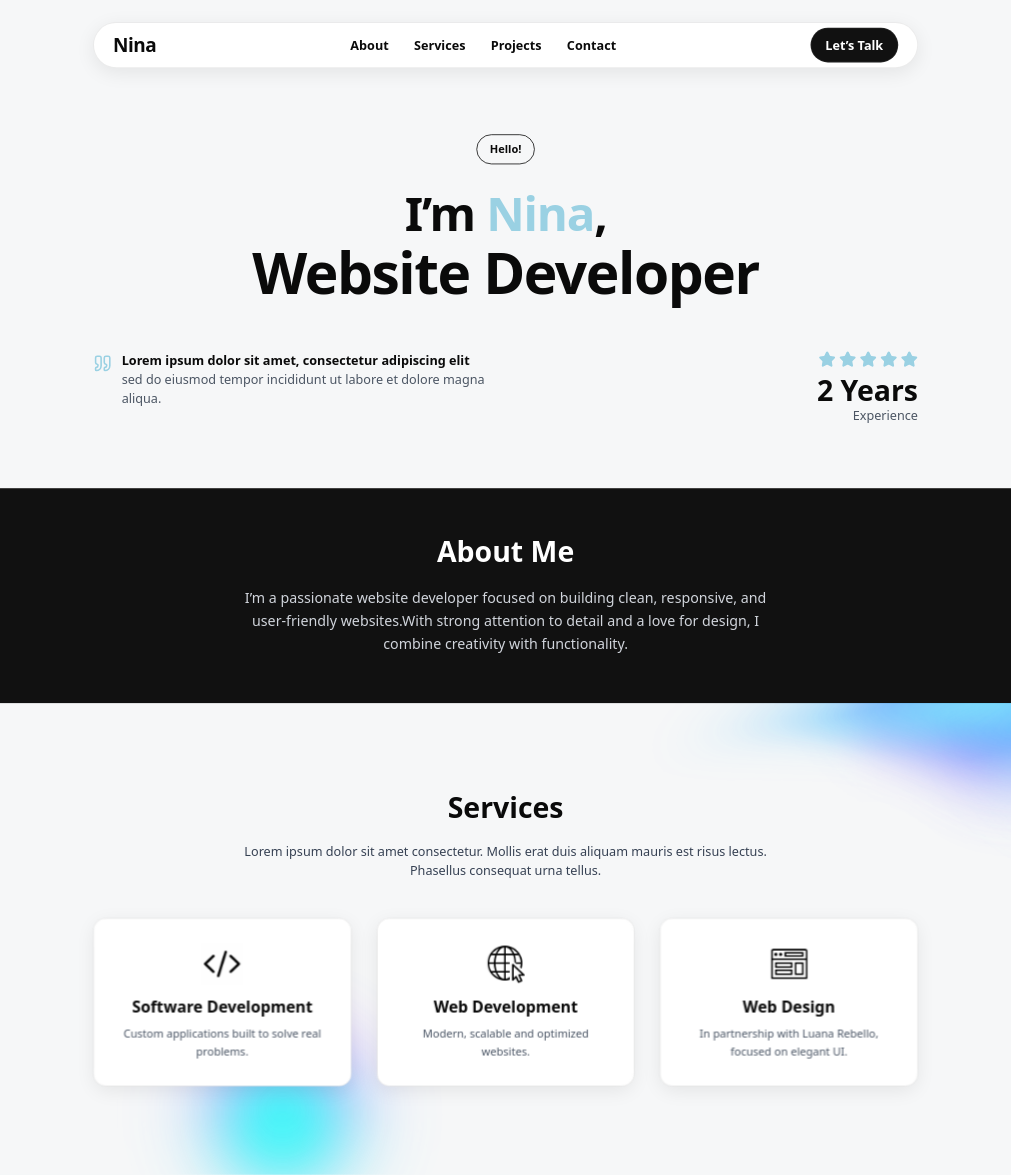
Repository: nina-rebello/portfolio
Page: /
The author's editor kept a copy of each file at every save. The page is drawn from the files as they stood at one save, then again after a run of saves.
The browser window is 1280 px wide. The pictures show the whole page, at 79% of full size.
The project was rebuilt for these pictures with package versions that can differ from the ones it lists, and the page was loaded fresh each time. The framework's server and built-in components were replaced by stand-ins that run in the browser. Also part of the build but not shown: next.config.ts.

Above is the page before, as saved 2025-09-11 16:56:54.

### app/page.tsx
// app/page.tsx
import Header from "@/components/header/Header";
import AboutMe from "@/components/sections/About";
import Hero from "@/components/sections/Hero";
import Services from "@/components/sections/Services";

export default function HomePage() {
  return (
    <>
      <Header />
      <main>
        <Hero />
        <AboutMe />
        <Services />
      </main>
    </>
  );
}

### app/globals.css
@import "tailwindcss";
/* app/(styles)/header.css */
:root{
  --bg:#f6f7f8;           /* fundo clarinho do mock */
  --ink:#0a0a0a;          /* texto principal */
  --muted:#4b5563;        /* texto secundário */
  --pill:#ffffff;         /* fundo do header/cta pill */
  --brand:#9ad1e3;        /* azul do “Nina” e estrelas */
}

html,body{background:var(--bg); color:var(--ink);}

/* helpers */
.container-hero{max-width:1100px; margin-inline:auto; padding-inline:clamp(16px,3vw,28px);}
.glass{
  background:var(--pill);
  border:1px solid rgba(0,0,0,.08);
  box-shadow:0 6px 24px rgba(0,0,0,.08);
}
.btn-pill{
  border-radius:9999px; padding:10px 18px; font-weight:600;
  background:#111; color:#fff; border:1px solid rgba(255,255,255,.1);
  transition:transform .15s ease, box-shadow .15s ease, opacity .2s ease;
}
.btn-pill:hover{ transform:translateY(-1px); box-shadow:0 8px 24px rgba(0,0,0,.18);}
.nav-link{ padding:10px 14px; border-radius:12px; font-weight:600; }
.nav-link:hover{ background:rgba(0,0,0,.04); }

### components/header/Header.tsx
"use client";

import Link from "next/link";
import { useState, useEffect } from "react";
import { Menu, X } from "lucide-react";

const NAV = [
  { label: "About", href: "#about" },
  { label: "Services", href: "#services" },
  { label: "Projects", href: "#projects" },
  { label: "Contact", href: "#contact" },
];

export default function Header() {
  const [open, setOpen] = useState(false);

  // fecha o menu ao navegar/scroll
  useEffect(() => {
    const close = () => setOpen(false);
    window.addEventListener("scroll", close);
    return () => window.removeEventListener("scroll", close);
  }, []);

  return (
    <header className="sticky top-7 z-50">
      <div className="container-hero">
        <div
          className="glass flex items-center justify-between rounded-[32px] px-4 sm:px-6 py-1.5"
          role="navigation"
          aria-label="Primary"
        >
          {/* logo / nome */}
          <Link href="/" className="font-bold tracking-tight text-xl sm:text-2xl">
            Nina
          </Link>

          {/* desktop nav */}
          <nav className="hidden md:flex items-center gap-1">
            {NAV.map((i) => (
              <a key={i.href} href={i.href} className="nav-link">
                {i.label}
              </a>
            ))}
          </nav>

          {/* CTA */}
          <div className="hidden md:block">
            <a href="#contact" className="btn-pill">Let’s Talk</a>
          </div>

          {/* mobile toggle */}
          <button
            aria-label="Abrir menu"
            className="md:hidden p-2 rounded-xl hover:bg-black/5"
            onClick={() => setOpen((v) => !v)}
          >
            {open ? <X /> : <Menu />}
          </button>
        </div>

        {/* mobile sheet */}
        {open && (
          <div className="md:hidden mt-2 glass rounded-3xl p-3">
            <nav className="grid gap-1">
              {NAV.map((i) => (
                <a
                  key={i.href}
                  href={i.href}
                  className="nav-link"
                  onClick={() => setOpen(false)}
                >
                  {i.label}
                </a>
              ))}
              <a href="#contact" className="btn-pill text-center mt-1">
                Let’s Talk
              </a>
            </nav>
          </div>
        )}
      </div>
    </header>
  );
}

### components/sections/About.tsx
export default function AboutMe() {
  return (
    <section id="about" className="bg-[#111] text-white  py-11 sm:py-15 mt-4 sm:mt-20">
      <div className="container-hero text-center">
        <h2 className="text-3xl sm:text-4xl font-extrabold mb-6">
          About Me
        </h2>
        <p className="max-w-2xl mx-auto text-lg text-gray-300 leading-relaxed">
          I’m a passionate website developer focused on building
          clean, responsive, and user-friendly websites.
          {/* <br /> */}
          With strong attention to detail and a love for design,
          I combine creativity with functionality.
        </p>
      </div>
    </section>
  );
}

### components/sections/Hero.tsx
import { Quote, Star } from "lucide-react";

function HelloBubble() {
  return (
    <div className="inline-flex items-center gap-2">
      <span className="inline-flex items-center justify-center rounded-full border px-4 py-2 text-sm font-semibold">
        Hello!
      </span>
    </div>
  );
}

export default function Hero() {
  return (
    <section className="pt-20 sm:pt-28">
      <div className="container-hero">
        {/* bloco principal */}
        <div className="text-center">
          <div className="mb-6 sm:mb-8">
            <HelloBubble />
          </div>

          <p className="text-4xl sm:text-5xl md:text-6xl font-bold tracking-tight">
            I’m{" "}
            <span style={{ color: "var(--brand)" }}>
              Nina
            </span>
            ,
          </p>
          <h1 className="mt-2 text-4xl sm:text-6xl md:text-7xl font-bold tracking-tight">
            Website Developer
          </h1>
        </div>

        {/* faixa inferior: quote esquerda / rating direita */}
        <div className="mt-16 grid grid-cols-1 md:grid-cols-2 gap-8 items-start">
          {/* quote */}
          <div className="flex gap-3">
            <div className="mt-1">
              <Quote className="text-[var(--brand)]" />
            </div>
            <div>
              <p className="font-semibold">
                Lorem ipsum dolor sit amet, consectetur adipiscing elit
              </p>
              <p className="text-[var(--muted)]">
                sed do eiusmod tempor incididunt ut labore et dolore magna aliqua.
              </p>
            </div>
          </div>

          {/* rating / experiência */}
          <div className="flex md:justify-end">
            <div className="text-right">
              <div className="flex justify-end gap-1 mb-2" aria-label="5 out of 5 stars">
                {Array.from({ length: 5 }).map((_, i) => (
                  <Star key={i} className="text-[var(--brand)]" fill="currentColor" size={22} />
                ))}
              </div>
              <div className="text-3xl sm:text-4xl font-bold">2 Years</div>
              <div className="text-[var(--muted)]">Experience</div>
            </div>
          </div>
        </div>
      </div>
    </section>
  );
}

### components/sections/Services.tsx
import Image from "next/image";
import { Code, Globe, Layout } from "lucide-react";

const services = [
  {
    icon: "/icons/icons8-source-code-96.png",
    title: "Software Development",
    desc: "Custom applications built to solve real problems.",
  },
  {
    icon: "/icons/icons8-internet-100.png",
    title: "Web Development",
    desc: "Modern, scalable and optimized websites.",
  },
  {
    icon: "/icons/icons8-web-100.png",
    title: "Web Design",
    desc: "In partnership with Luana Rebello, focused on elegant UI.",
  },
];
export default function Services() {
  return (
    <section id="services" className="relative overflow-hidden py-28">
      {/* === background gradients === */}
      <div className="absolute inset-0 z-0 pointer-events-none select-none">
        <Image
          src="/gradients/light-leak-blur-transparent-free-png.png"
          alt=""
          width={1400}
          height={1000}
          className="absolute -top-80 left-200 w-[1000px] opacity-80"
          priority
        />
        <Image
          src="/gradients/blur-gradient-purple.png"
          alt=""
          width={1200}
          height={1200}
          className="absolute -bottom-40 left-[8%] w-[520px] opacity-70"
        />
      </div>

      {/* === conteúdo (fica acima do fundo) === */}
      <div className="container-hero relative z-10 text-center">
        <h2 className="text-3xl sm:text-4xl font-extrabold mb-6">Services</h2>
        <p className="max-w-2xl mx-auto mb-12 text-gray-700">
          Lorem ipsum dolor sit amet consectetur. Mollis erat duis aliquam
          mauris est risus lectus. Phasellus consequat urna tellus.
        </p>

        <div className="grid gap-8 sm:grid-cols-2 lg:grid-cols-3">
          {services.map((s) => (
            <div
              key={s.title}
              className="glass p-8 rounded-2xl backdrop-blur-md hover:shadow-xl transition"
            >
              <Image
                src={s.icon}
                alt={s.title}
                width={50}
                height={50}
                className="mx-auto mb-4"
              />
              <h3 className="font-bold text-xl mb-2">{s.title}</h3>
              <p className="text-gray-600 text-sm leading-relaxed">{s.desc}</p>
            </div>
          ))}
        </div>
      </div>
    </section>
  );
}

Loaded but not shown: app/layout.tsx (common file)

After the next 2 saves:
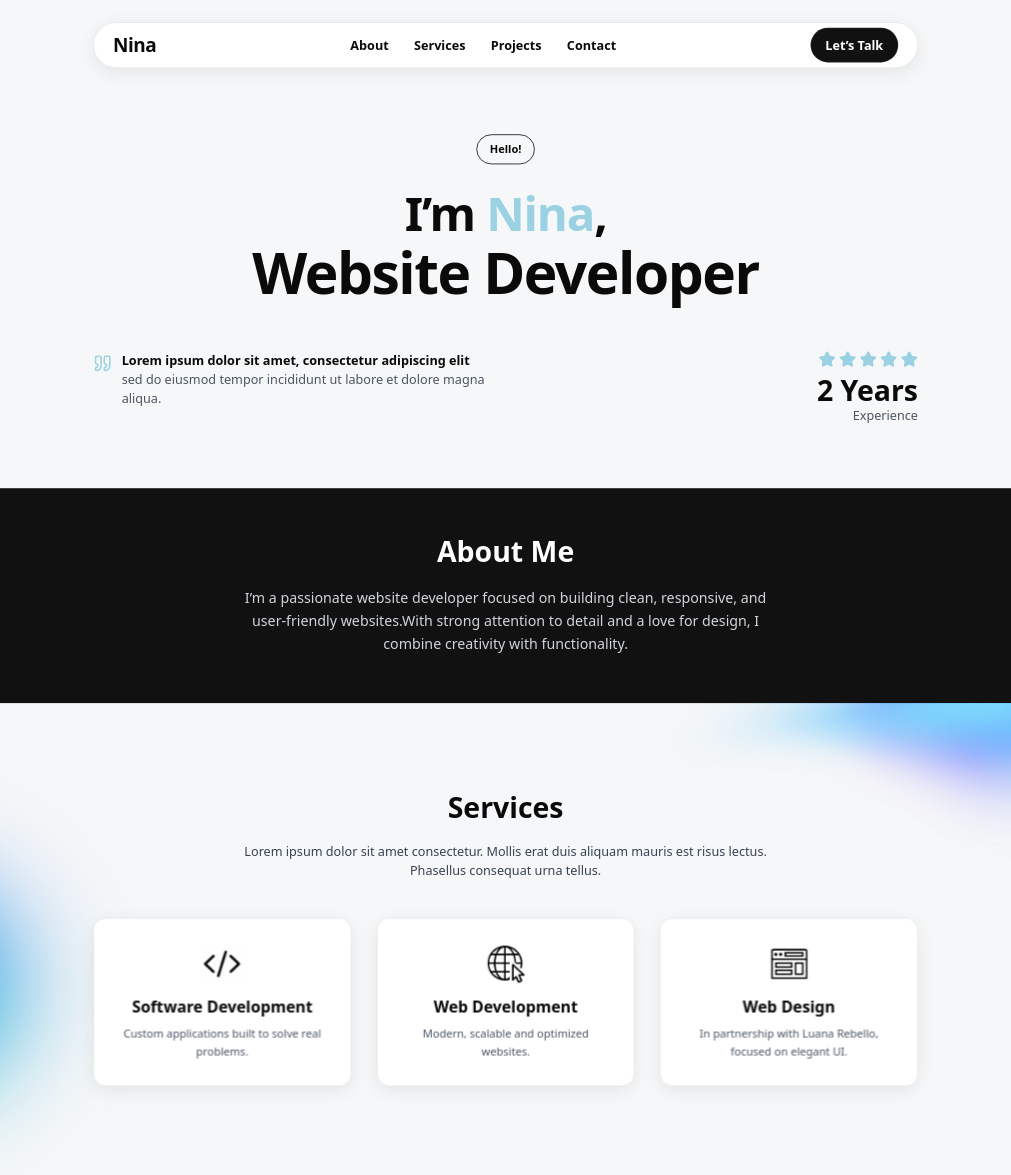
The 2 saves are shown as one change because they came seconds apart.
The last was saved 13 s later.
--- a/components/sections/Services.tsx
+++ b/components/sections/Services.tsx
@@ -31,12 +31,13 @@ export default function Services() {
           className="absolute -top-80 left-200 w-[1000px] opacity-80"
           priority
         />
+
         <Image
-          src="/gradients/blur-gradient-purple.png"
+          src="/gradients/blur-gradient.png"
           alt=""
-          width={1200}
-          height={1200}
-          className="absolute -bottom-40 left-[8%] w-[520px] opacity-70"
+          width={600}
+          height={600}
+          className="absolute top-4 right-250 w-[760px] opacity-70"
         />
       </div>
 
